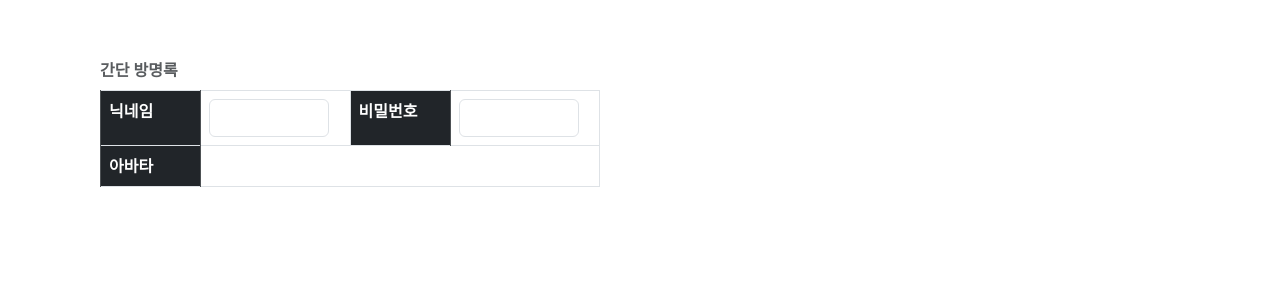
Repository: jini8293/Sist_04
Page: http://localhost/jspProject/simpleguest/updateForm.jsp
An editor plug-in stored every save of this project. The page is shown before and after the next save, followed by the edit.
The browser window is 1280 px wide. The pictures show the whole page.
Some web fonts or font styles are not loaded; a fallback is used. The page is served by Tomcat 9.

Above is the page before, as saved 2024-03-08 05:23:34.

After the next save:
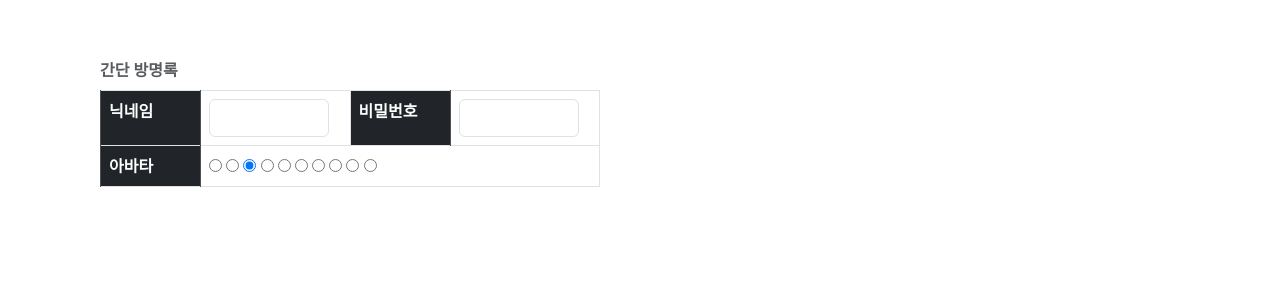
Saved 2 min 27 s later.
--- a/jspwork/jspProject/src/main/webapp/simpleguest/updateForm.jsp
+++ b/jspwork/jspProject/src/main/webapp/simpleguest/updateForm.jsp
@@ -33,7 +33,14 @@
 			<tr>
 				<th width="100" class="table-dark">아바타</th>
 				<td colspan="4">
-
+					<%
+						for(int i=1;i<=10;i++){
+							%>
+							<input type="radio" value="<%=i%>"
+							<%=i==3?"checked":"" %>>
+							<%
+						}
+					%>
 				</td>
 			</tr>
 
